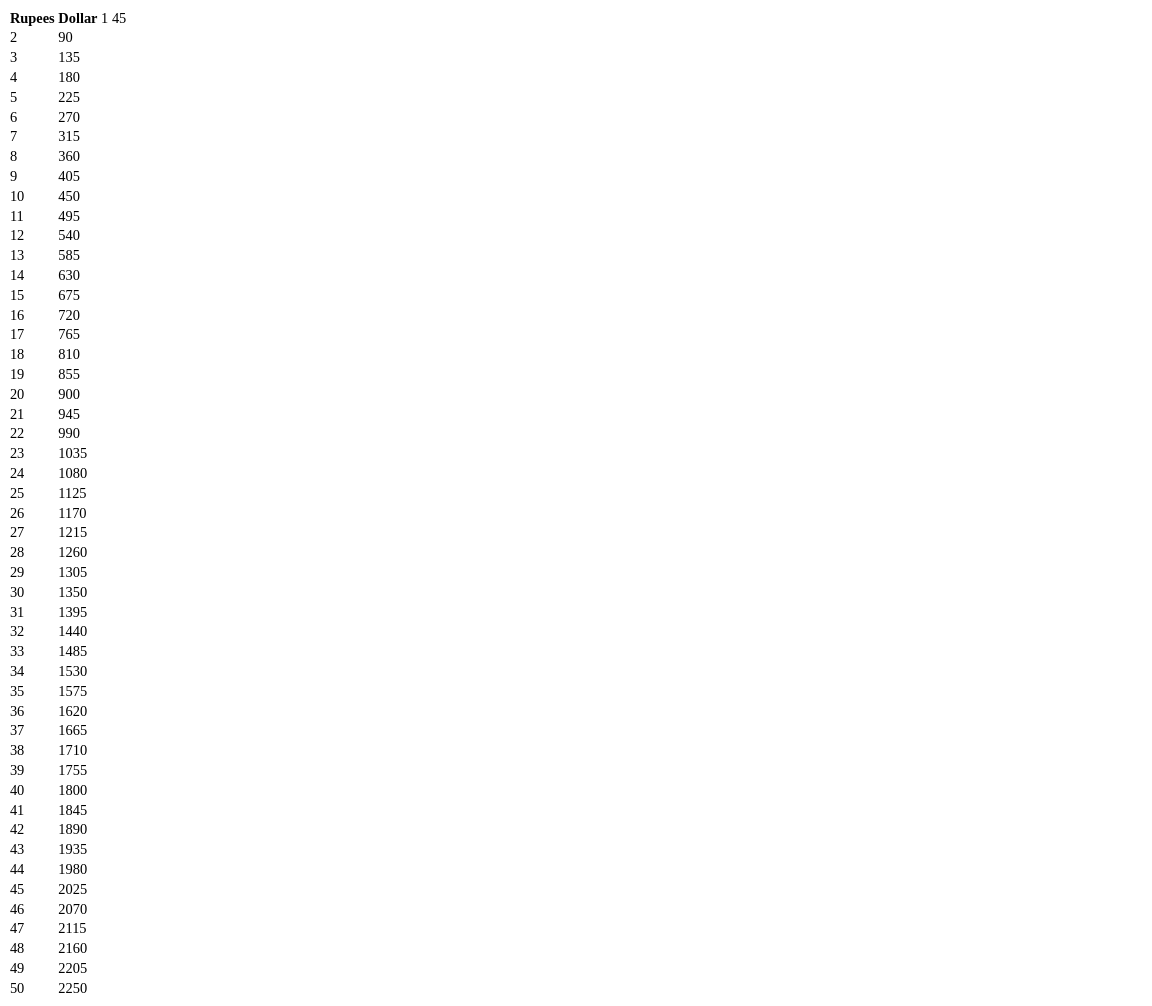
Repository: Amrinshaik/Day10
Page: http://localhost/HelloWorld/currencyconverter
These files come from the project's save history. The page is drawn as it stood at one moment and after the next save; the edit follows.
The browser window is 1280 px wide. The pictures show the whole page, at 90% of full size.
The page is served by Tomcat 9.

Above is the page before, as saved 2018-09-06 04:58:12.

After the next save:
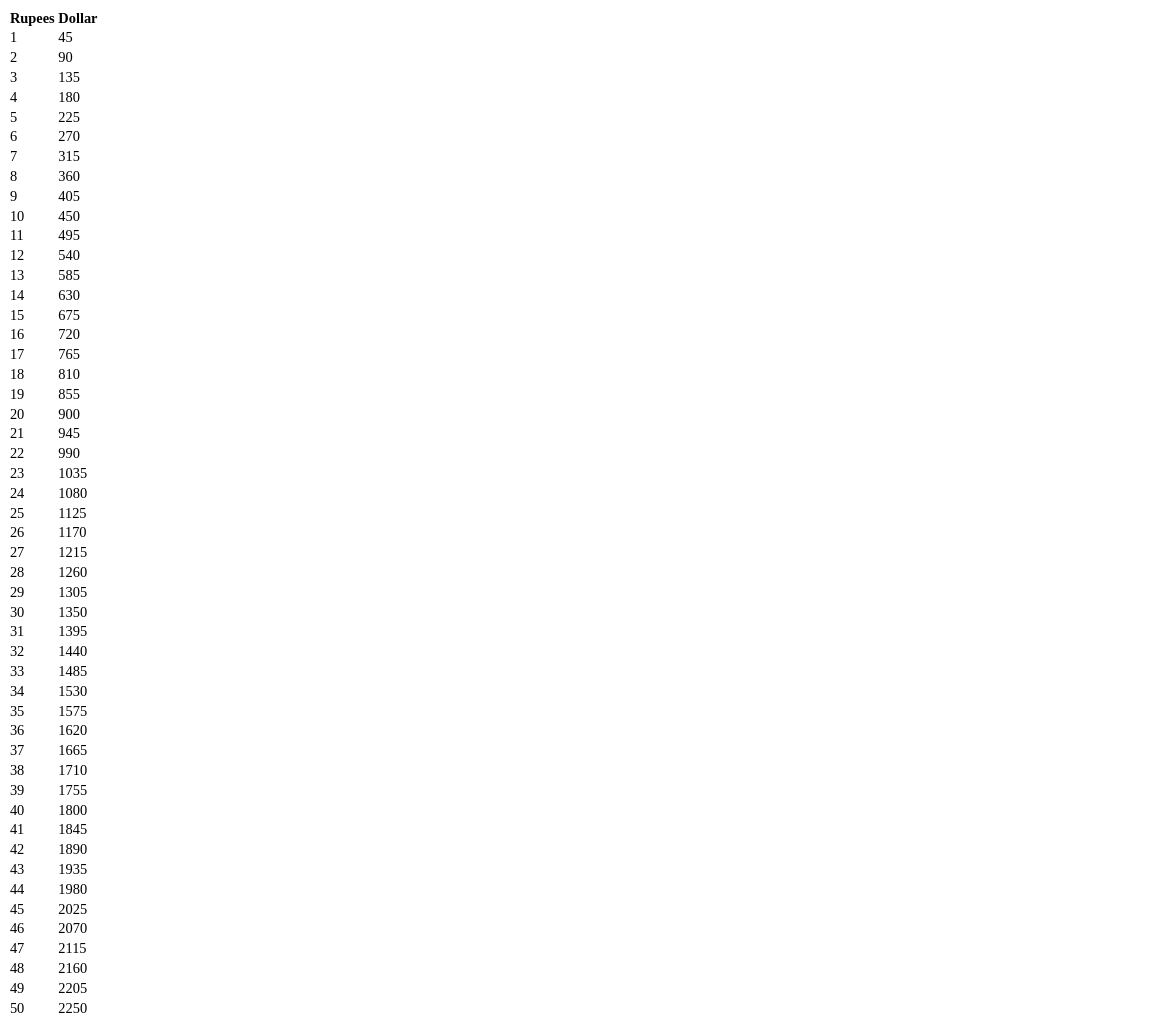
Saved 3 min 41 s later.
--- a/HelloWorld/src/com/capgemini/controller/CurrencyConverterServlet.java
+++ b/HelloWorld/src/com/capgemini/controller/CurrencyConverterServlet.java
@@ -24,7 +24,7 @@ public class CurrencyConverterServlet extends HttpServlet {
 
 	out.println("<table>"+"<tr>"+"<th>"+"Rupees"+"</th>"+"<th>"+"Dollar"+"</th>");
 	for(int i=1;i<=50;i++) {
-		out.println("<td>"+i+"</td>" + "<td>"+i*45+"</td>" + "</tr>");
+		out.println("<tr><td>"+i+"</td><td>"+i*45+"</td></tr>");
 
 	}
 	out.close();
